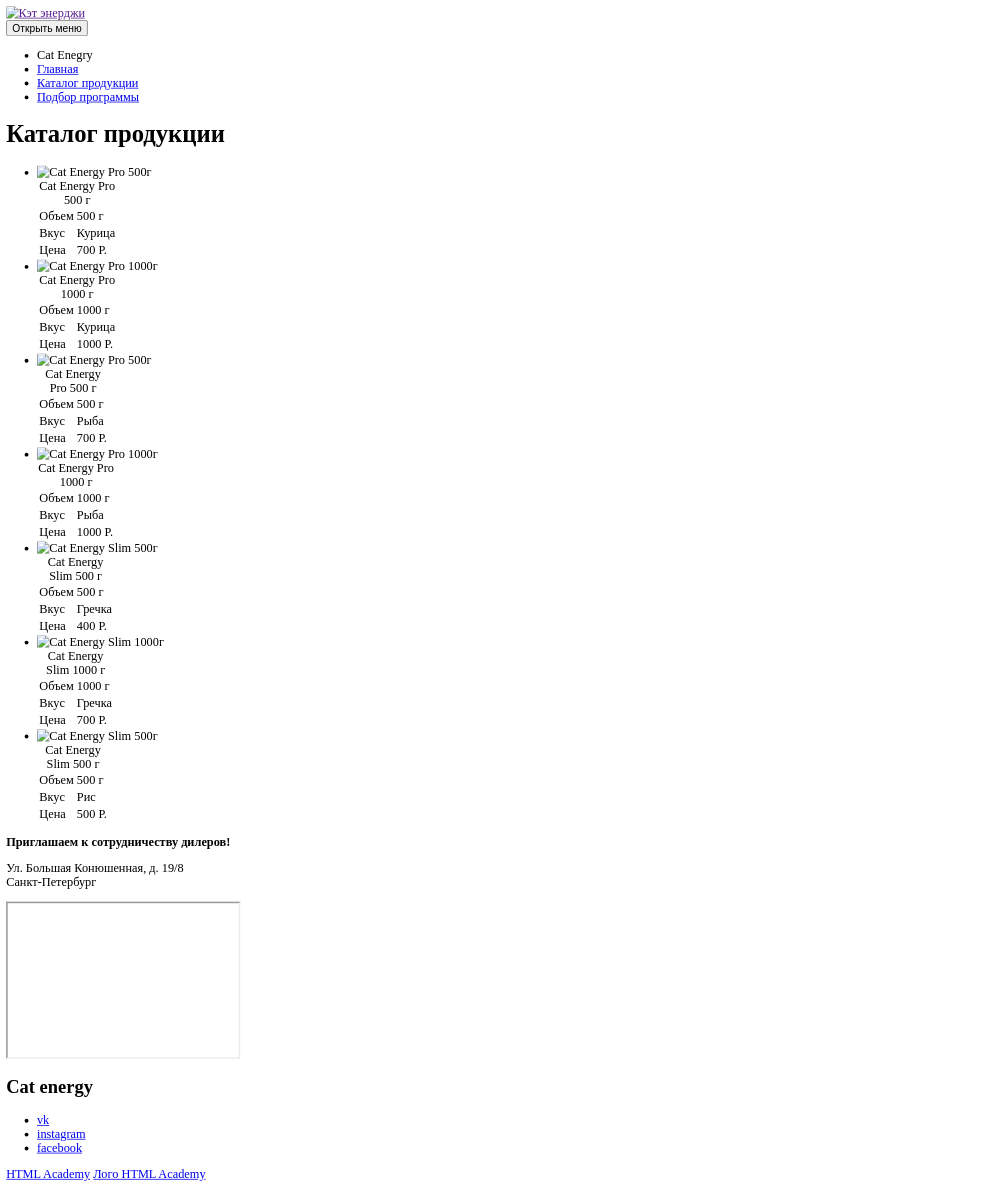
Repository: infernotw/1054987-cat-energy-17
Page: source/catalog.html
An editor plug-in stored every save of this project. The page is shown before and after the next save, followed by the edit.
The browser window is 1280 px wide. The pictures show the whole page, at 77% of full size.

Above is the page before, as saved 2019-07-17 05:36:21.

### source/catalog.html
<!DOCTYPE html>
<html lang="ru">

<head>
  <meta charset="utf-8">
  <title>HTML Academy: Кэт энерджи</title>
</head>

<body>

  <header class="page-header">
    <a href="" class="page-header__logo">
      <img src="#" alt="Кэт энерджи" width="" height="" class="page-header__logo-image">
    </a>
    <nav class="main-nav">
      <button class="main-nav__toggle" type="button">Открыть меню</button>
      <div class="main-nav__wrapper">
        <ul class="main-nav__list site-list">
          <li class="site-list__item">
            <a class="site-list__item site-list__item--active">Cat Enegry</a>
          </li>
          <li class="site-list__item">
            <a href="index.html">Главная</a>
          </li>
          <li class="site-list__item">
            <a href="#">Каталог продукции</a>
          </li>
          <li class="site-list__item">
            <a href="form.html">Подбор программы</a>
          </li>
        </ul>
      </div>
    </nav>
  </header>

  <main class="page-main">
    <h1 class="page-main__title">Каталог продукции</h1>
    <section class="catalog">
      <div class="catalog__wrapper">
        <ul class="catalog__list">
          <li class="catalog__item">
            <img src="#" alt="Cat Energy Pro 500г" class="catalog__img">
            <table class="catalog__about">
              <caption class="catalog__subtitle">Cat Energy Pro 500 г</caption>
              <tr>
                <td class="catalog__field">Объем</td>
                <td class="catalog__value">500 г</td>
              </tr>
              <tr>
                <td class=" catalog__field">Вкус</td>
                <td class="catalog__value">Курица</td>
              </tr>
              <tr>
                <td class=" catalog__field">Цена</td>
                <td class="catalog__value">700 Р.</td>
              </tr>
            </table>
          </li>
          <li class="catalog__item">
            <img src="#" alt="Cat Energy Pro 1000г" class="catalog__img">
            <table class="catalog__about">
              <caption class="catalog__subtitle">Cat Energy Pro 1000 г</caption>
              <tr>
                <td class="catalog__field">Объем</td>
                <td class="catalog__value">1000 г</td>
              </tr>
              <tr>
                <td class=" catalog__field">Вкус</td>
                <td class="catalog__value">Курица</td>
              </tr>
              <tr>
                <td class=" catalog__field">Цена</td>
                <td class="catalog__value">1000 Р.</td>
              </tr>
            </table>
          </li>
          <li class="catalog__item">
            <img src="#" alt="Cat Energy Pro 500г" class="catalog__img">
            <table class="catalog__about">
              <caption class="catalog__subtitle">Cat Energy Pro 500 г</caption>
              <tr>
                <td class="catalog__field">Объем</td>
                <td class="catalog__value">500 г</td>
              </tr>
              <tr>
                <td class=" catalog__field">Вкус</td>
                <td class="catalog__value">Рыба</td>
              </tr>
              <tr>
                <td class=" catalog__field">Цена</td>
                <td class="catalog__value">700 Р.</td>
              </tr>
            </table>
          </li>
          <li class="catalog__item">
            <img src="#" alt="Cat Energy Pro 1000г" class="catalog__img">
            <table class="catalog__about">
              <caption class="catalog__subtitle">Cat Energy Pro 1000 г</caption>
              <tr>
                <td class="catalog__field">Объем</td>
                <td class="catalog__value">1000 г</td>
              </tr>
              <tr>
                <td class=" catalog__field">Вкус</td>
                <td class="catalog__value">Рыба</td>
              </tr>
              <tr>
                <td class=" catalog__field">Цена</td>
                <td class="catalog__value">1000 Р.</td>
              </tr>
            </table>
          </li>
          <li class="catalog__item">
            <img src="#" alt="Cat Energy Slim 500г" class="catalog__img">
            <table class="catalog__about">
              <caption class="catalog__subtitle">Cat Energy Slim 500 г</caption>
              <tr>
                <td class="catalog__field">Объем</td>
                <td class="catalog__value">500 г</td>
              </tr>
              <tr>
                <td class=" catalog__field">Вкус</td>
                <td class="catalog__value">Гречка</td>
              </tr>
              <tr>
                <td class=" catalog__field">Цена</td>
                <td class="catalog__value">400 Р.</td>
              </tr>
            </table>
          </li>
          <li class="catalog__item">
            <img src="#" alt="Cat Energy Slim 1000г" class="catalog__img">
            <table class="catalog__about">
              <caption class="catalog__subtitle">Cat Energy Slim 1000 г</caption>
              <tr>
                <td class="catalog__field">Объем</td>
                <td class="catalog__value">1000 г</td>
              </tr>
              <tr>
                <td class="catalog__field">Вкус</td>
                <td class="catalog__value">Гречка</td>
              </tr>
              <tr>
                <td class="catalog__field">Цена</td>
                <td class="catalog__value">700 Р.</td>
              </tr>
            </table>
          </li>
          <li class="catalog__item">
            <img src="#" alt="Cat Energy Slim 500г" class="catalog__img">
            <table class="catalog__about">
              <caption class="catalog__subtitle">Cat Energy Slim 500 г</caption>
              <tr>
                <td class="catalog__field">Объем</td>
                <td class="catalog__value">500 г</td>
              </tr>
              <tr>
                <td class="catalog__field">Вкус</td>
                <td class="catalog__value">Рис</td>
              </tr>
              <tr>
                <td class="catalog__field">Цена</td>
                <td class="catalog__value">500 Р.</td>
              </tr>
            </table>
          </li>
        </ul>

      </div>
    </section>


  </main>

  <footer class="page-footer">
    <div class="page-footer__wrapper">
      <div class="page-footer__contacts contacts">
        <b class="contacts__title">Приглашаем к сотрудничеству дилеров!</b>
        <p class="contacts__text">Ул. Большая Конюшенная, д. 19/8<br>Санкт-Петербург</p>
        <div class="contacts__map">
          <iframe src="https://yandex.ru/map-widget/v1/-/CCwfVC62" width="300" height="200"></iframe>
        </div>
      </div>
      <div class="page-footer__social social">
        <h2 class="social__title">Cat energy</h2>
        <ul class="social__list">
          <li class="social__item">
            <a href="#" class="social__link social__link--vk">vk</a>
          </li>
          <li class="social__item">
            <a href="#" class="social__link social__link--instagram">instagram</a>
          </li>
          <li class="social__item">
            <a href="#" class="social__link social__link--facebook">facebook</a>
          </li>
        </ul>
      </div>
      <div class="page-footer__copyright copyright">
        <a href="#" class="copyright__link">HTML Academy</a>
        <a href="#" class="copyright__link">Лого HTML Academy</a>
      </div>
    </div>
  </footer>

</body>

</html>

After the next save:
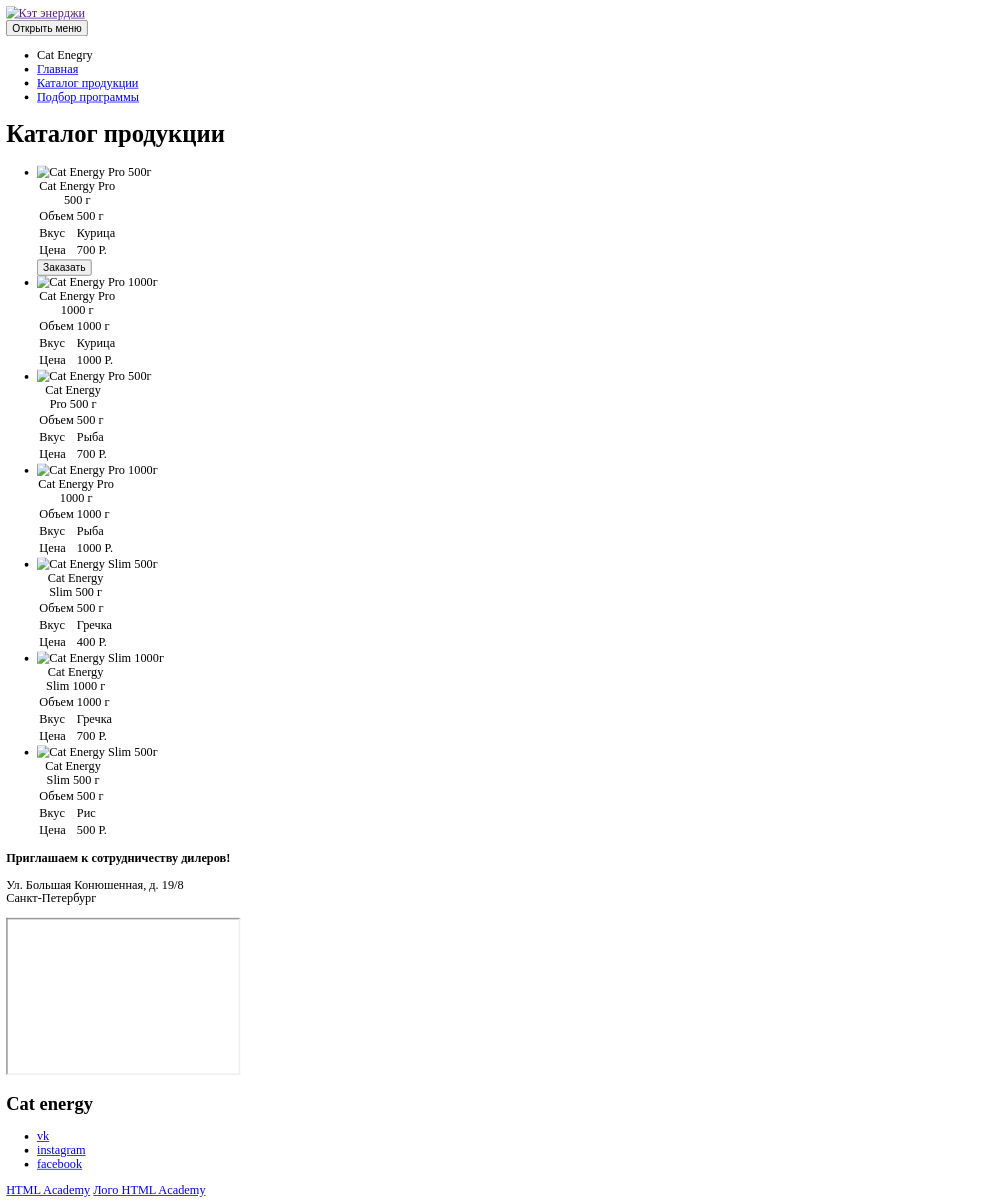
Saved 73 s later.
--- a/source/catalog.html
+++ b/source/catalog.html
@@ -55,6 +55,7 @@
                 <td class="catalog__value">700 Р.</td>
               </tr>
             </table>
+            <button class="button catalog__button" type="button">Заказать</button>
           </li>
           <li class="catalog__item">
             <img src="#" alt="Cat Energy Pro 1000г" class="catalog__img">
